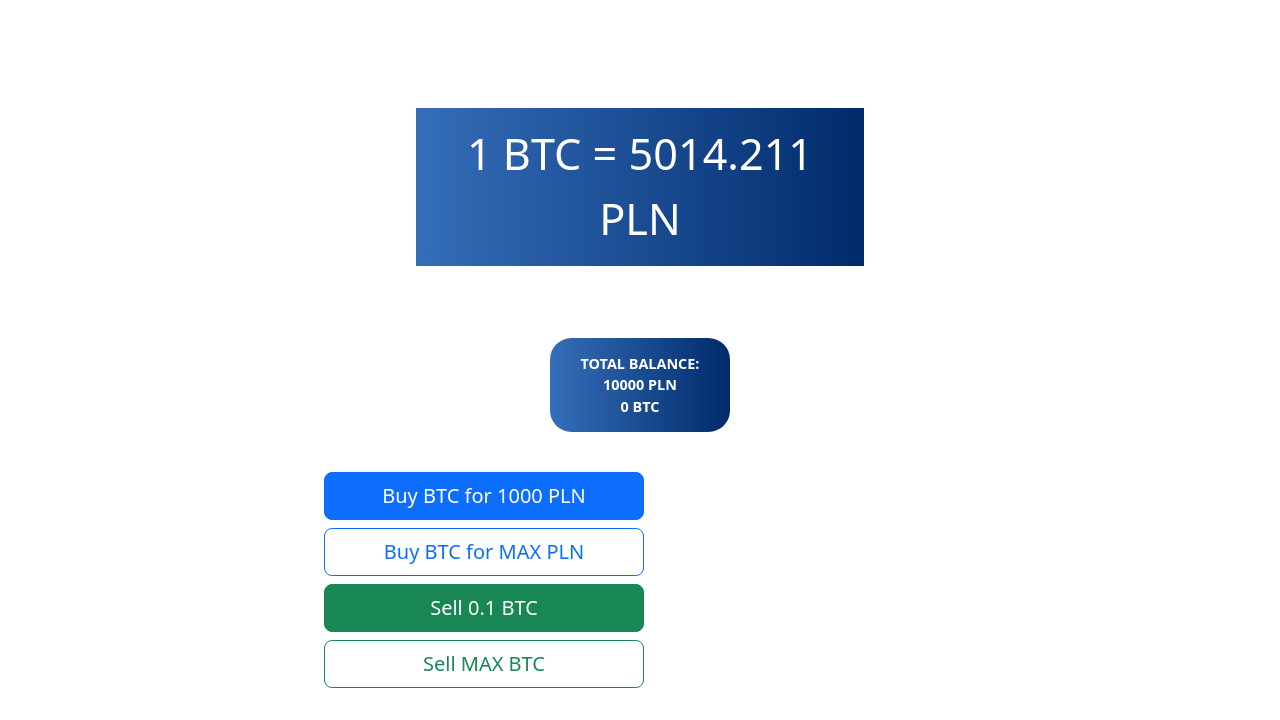
Repository: michalgornicki/bitcoin-virtual
Page: /
These files come from the project's save history. The page is drawn as it stood at one moment and after the next save; the edit follows.
The browser window is 1280 px wide. The pictures show the whole page.
The project was rebuilt for these pictures with package versions that can differ from the ones it lists, and the page was loaded fresh each time.

Above is the page before, as saved 2021-12-05 23:23:52.

After the next save:
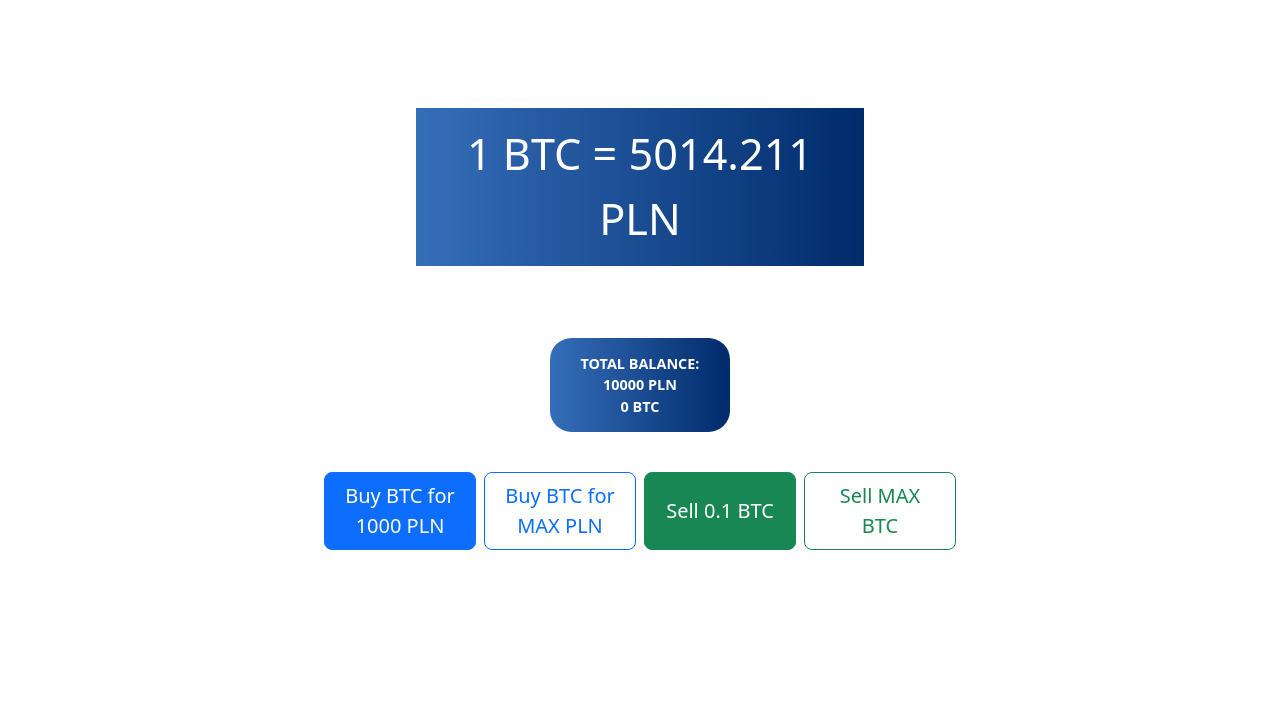
Saved 29 s later.
--- a/src/App.css
+++ b/src/App.css
@@ -59,7 +59,7 @@ body{
     cursor: pointer;
 }
 
-@media only screen and (min-width: 800px) {
+@media only screen and (maxn-width: 800px) {
 
     .button-container{
         flex-direction: column;
